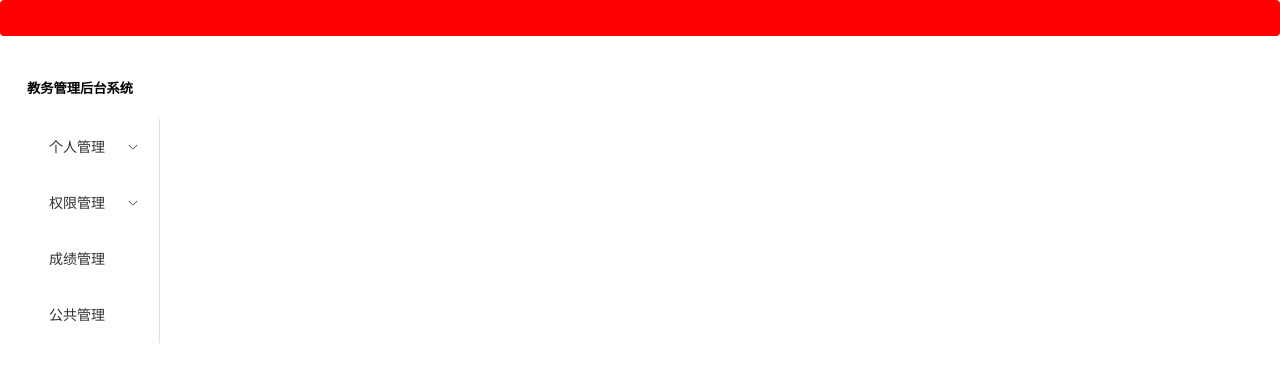
Repository: songlin-q/EducationalAdministrationSysTem
Page: /MainInfo (app in EducationalAdministrationSystemUI/educationsystem/)
These files come from the project's save history. The page is drawn as it stood at one moment and after the next save; the edit follows.
The browser window is 1280 px wide. The pictures show the whole page.
The project was rebuilt for these pictures with package versions that can differ from the ones it lists, and the page was loaded fresh each time. Also part of the build but not shown: EducationalAdministrationSystemUI/educationsystem/vue.config.js, EducationalAdministrationSystemUI/educationsystem/src/components/HelloWorld.vue, EducationalAdministrationSystemUI/educationsystem/src/components/Identity/IdentityCode.vue, EducationalAdministrationSystemUI/educationsystem/src/components/Identity/IdentityCode2.vue, EducationalAdministrationSystemUI/educationsystem/src/components/MainOne.vue.

Above is the page before, as saved 2022-05-24 11:47:59.

After the next save:
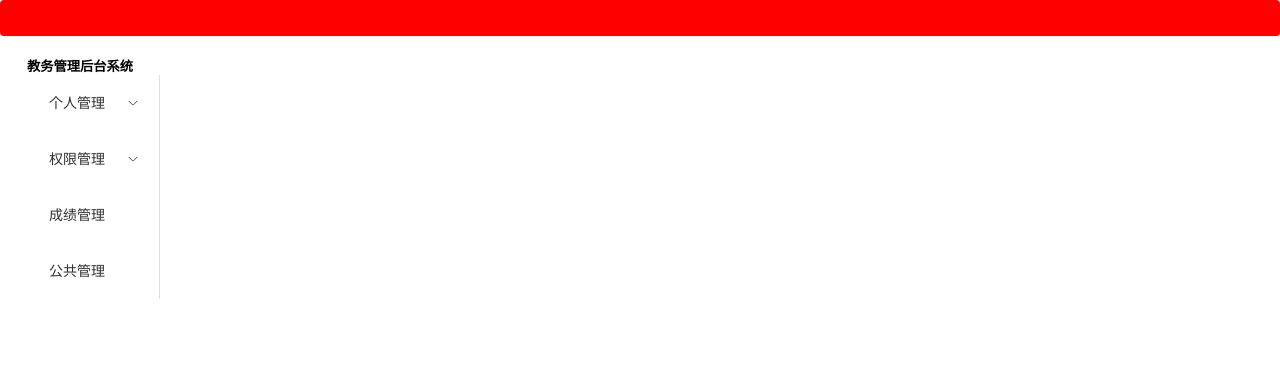
Saved 11 s later.
--- a/EducationalAdministrationSystemUI/educationsystem/src/components/MainInfo.vue
+++ b/EducationalAdministrationSystemUI/educationsystem/src/components/MainInfo.vue
@@ -63,5 +63,8 @@ export default {
 };
 </script>
 <style scoped>
-
+* {
+  margin: 0;
+  padding: 0;
+}
 </style>
